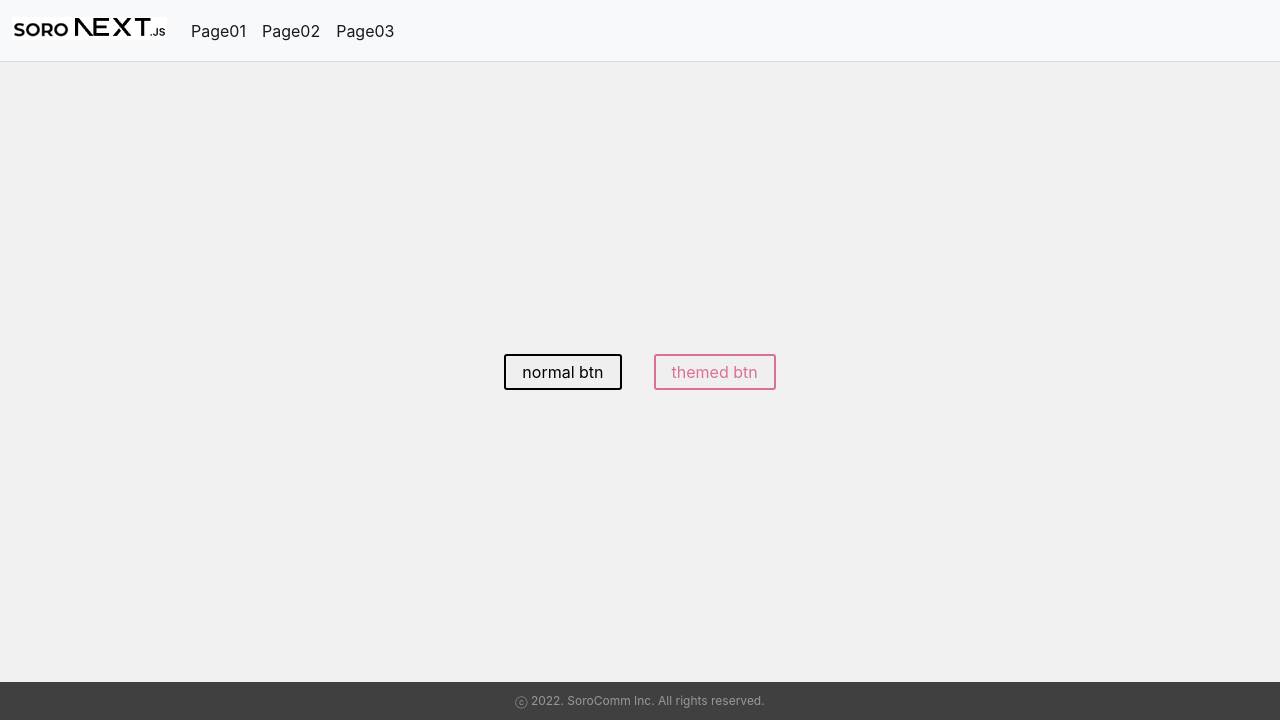
Repository: mooky1007/soro_nextJS_test
Page: /Test (app in soro_next_test/)
These files come from the project's save history. The page is drawn as it stood at one moment and after the next save; the edit follows.
The browser window is 1280 px wide. The pictures show the whole page.
Some web fonts or font styles are not loaded; a fallback is used. The project was rebuilt for these pictures with package versions that can differ from the ones it lists, and the page was loaded fresh each time. The framework's server and built-in components were replaced by stand-ins that run in the browser. Also part of the build but not shown: soro_next_test/next.config.js.

Above is the page before, as saved 2022-09-27 17:03:12.

### soro_next_test/pages/_app.js
import '../styles/globals.css'
import '../styles/style.css'
import 'bootstrap/dist/css/bootstrap.css'
import Header from '../layouts/Header'
import Footer from '../layouts/Footer'
import { useState } from 'react'

const DAESUNG = ({Component, pageProps}) => {
  const [savedData, setSavedData] = useState(null);
  return(
    <>
      <Header />
        <main>
          <Component {...pageProps} savedData={savedData} setSavedData={setSavedData}/>
        </main>
      <Footer />
    </>
  )
}

export default DAESUNG

### soro_next_test/pages/Test/index.js
import { Button } from 'bootstrap';
import React from 'react';
import styled, { ThemeProvider } from 'styled-components';

const Buttons = styled.button`
  font-size: 1em;
  margin: 1em;
  padding: 0.25em 1em;
  border-radius: 3px;

  color: ${(props) => props.theme.main};
  border: 2px solid ${(props) => props.theme.main};
`;

const theme = {
    main: "palevioletred",
  };


const Test = (props) => {
    return(

        <div>
            <Buttons>normal btn</Buttons>
           <ThemeProvider theme={theme}>
                <Buttons>themed btn</Buttons>
            </ThemeProvider>
        </div>

    );

};

export default Test;

### soro_next_test/styles/style.css
#__next {
    width: 100%;
    height: 100vh;
    overflow: hidden;
    display: flex;
    flex-direction: column;
}

header{
    border-bottom:1px solid #ddd;
    background:#fff;
}

main {
    flex:1;
    display: flex;
    justify-content: center;
    align-items: center;
    width: 100%;
    height: 100%;
    background:#f1f1f1;
}

footer {
    margin-top: auto;
    background:#404040;
    color: #fff;
    font-size: 12px;
    color:#999;
    display: flex;
    justify-content: center;
    align-items: center;
    padding:10px 0;
}

footer p {margin-bottom: 0;}

.box {
    display: inline-block;
    padding: 20px;
    background:#fff;
    border-radius: 5px;
    box-shadow: 0 0 10px rgba(0,0,0,0.1);
}

### soro_next_test/layouts/Header/index.js
import React from 'react';
import Link from 'next/link';
import Image from 'next/image';

const Header = () => {
    return(
        <header>
            <nav className="navbar navbar-expand-lg bg-light">
                <div className="container-fluid">
                    <Link href="/" passHref>
                        <a className="navbar-brand mt-1">
                            <Image src="/img/soronext.jpg" alt="SORONextJS" width={155} height={23}/>
                        </a>
                    </Link>
                    <div className="collapse navbar-collapse" id="navbarNav">
                        <ul className="navbar-nav">
                            <li className="nav-item">
                                <Link href="/Page01" passHref>

                                    {/* a href 사용하면 페이지 전체 새로고침 발생  참고 : https://nextjs.org/docs/messages/no-html-link-for-pages */}
                                    <a className="nav-link active" aria-current="page">Page01</a>
                                </Link>
                            </li>
                            <li className="nav-item">
                            <Link href="/Page02" passHref>
                                <a  className="nav-link active" aria-current="page">Page02</a>
                            </Link>
                            </li>
                            <li className="nav-item">
                            <Link href="/Page03" passHref>
                                <a  className="nav-link active" aria-current="page">Page03</a>
                            </Link>
                            </li>
                        </ul>
                    </div>
                </div>
            </nav>
        </header>
    )
}

export default Header;

### soro_next_test/layouts/Footer/index.js
import React from 'react';

const Footer = () => {
    return(
        <footer>
            <p>ⓒ 2022. SoroComm Inc. All rights reserved.</p>
        </footer>
    )
}

export default Footer;

Loaded but not shown: soro_next_test/styles/globals.css (common file)

After the next save:
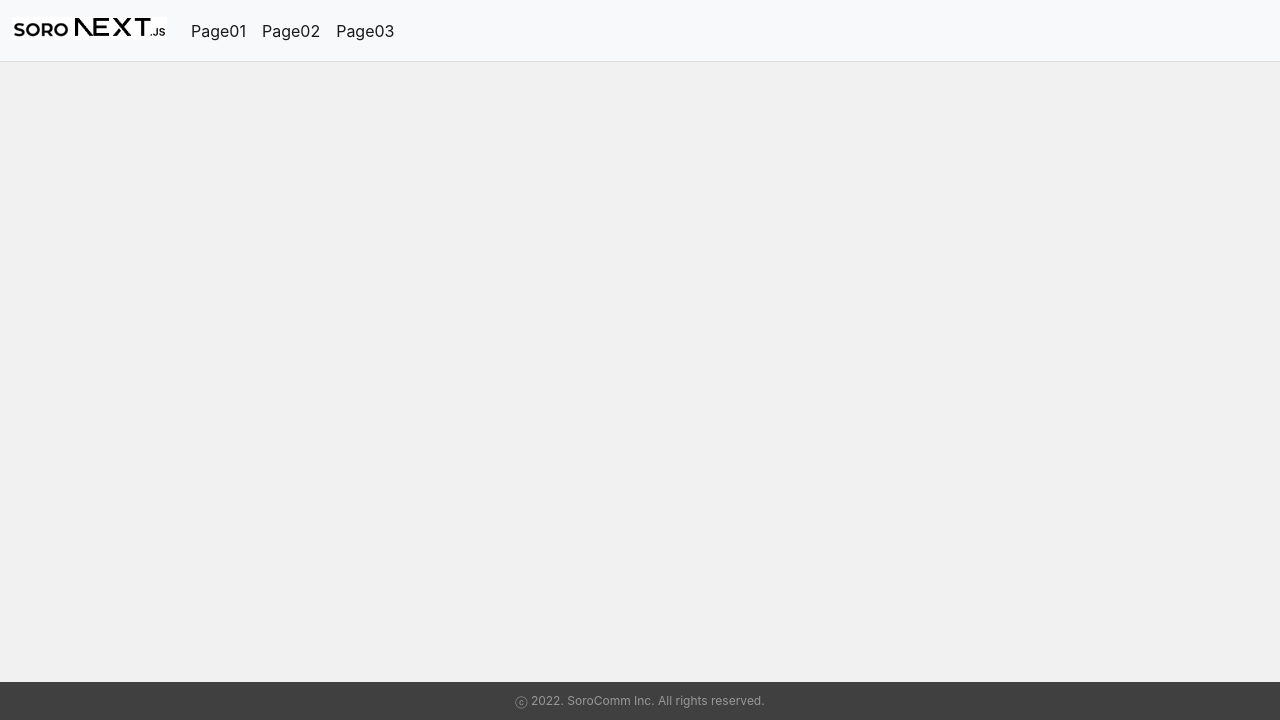
Saved 12 min 11 s later.
--- a/soro_next_test/pages/Test/index.js
+++ b/soro_next_test/pages/Test/index.js
@@ -1,30 +1,11 @@
 import { Button } from 'bootstrap';
 import React from 'react';
-import styled, { ThemeProvider } from 'styled-components';
-
-const Buttons = styled.button`
-  font-size: 1em;
-  margin: 1em;
-  padding: 0.25em 1em;
-  border-radius: 3px;
-
-  color: ${(props) => props.theme.main};
-  border: 2px solid ${(props) => props.theme.main};
-`;
-
-const theme = {
-    main: "palevioletred",
-  };
-
 
 const Test = (props) => {
     return(
 
         <div>
-            <Buttons>normal btn</Buttons>
-           <ThemeProvider theme={theme}>
-                <Buttons>themed btn</Buttons>
-            </ThemeProvider>
+
         </div>
 
     );
